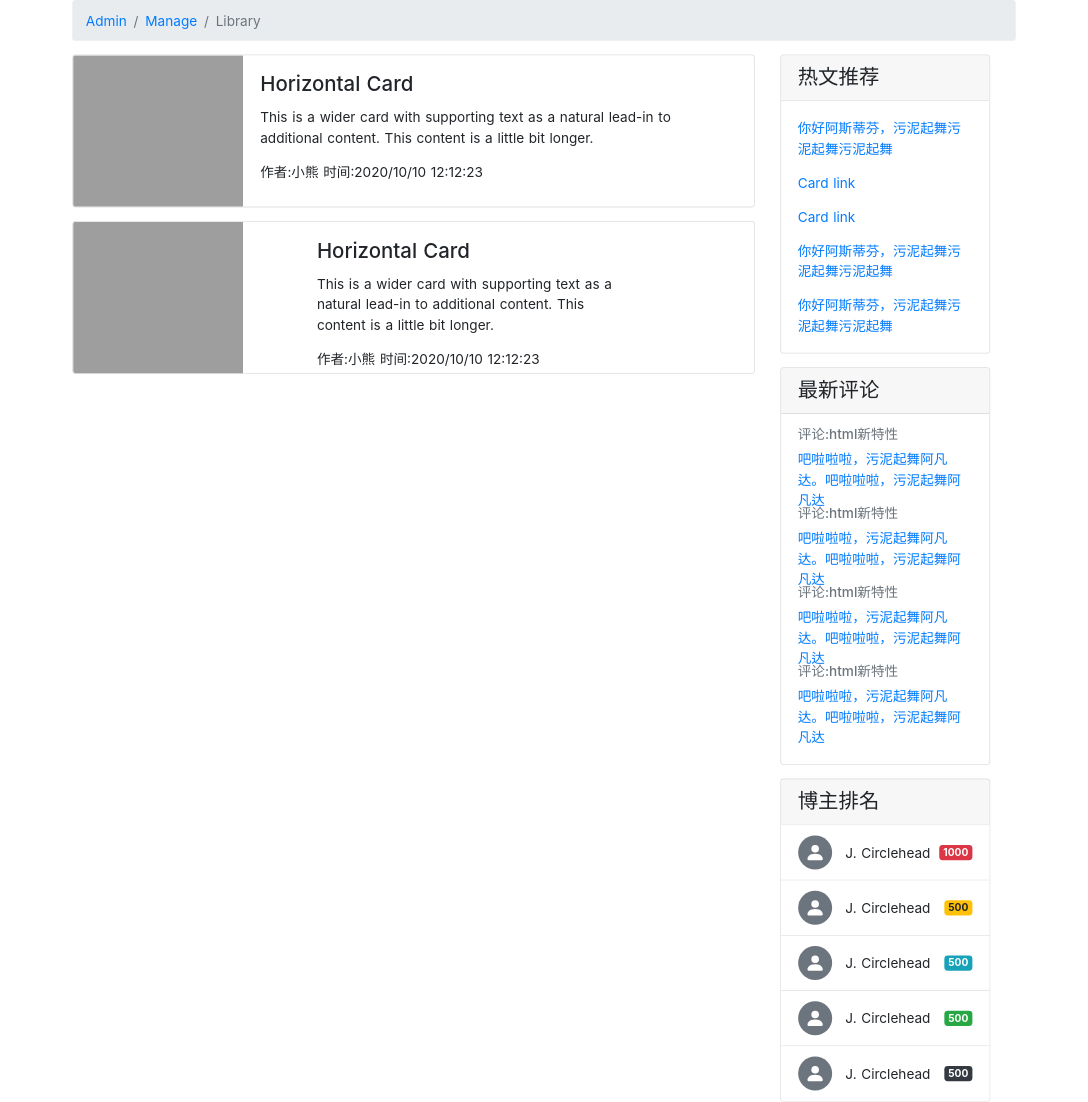
Repository: MTTTM/nuxt-xiaomatata
Page: /
These files come from the project's save history. The page is drawn as it stood at one moment and after the next save; the edit follows.
The browser window is 1280 px wide. The pictures show the part of the page from y = 600 to 1896 px (the page is 1896 px tall), at 85% of full size.
Pictures or frames that could not be fetched are drawn as grey boxes. The project was rebuilt for these pictures with package versions that can differ from the ones it lists, and the page was loaded fresh each time. The framework's server and built-in components were replaced by stand-ins that run in the browser. Also part of the build but not shown: nuxt.config.js, components/Logo.vue, components/aboutMe.vue, components/articleListItem.vue, components/bloggerRanking.vue, components/carouselBox.vue, components/classifyList.vue, components/commentBox.vue and 7 more. Imported but missing from the stored project, and not drawn on this page: components/cmSpinner, mixins/scrollLoad.

Above is the page before, as saved 2021-04-10 12:30:31.

### assets/style/comm.scss
body{
  .container{
    min-height: auto;
    justify-content: start;
    text-align: left;
  }
  .card-list-item{
    height: 180px;
    &+  .card-list-item{
      margin-top:1rem;
    }
    .cart-list-item-img{
      width: 200px;
      height: 100%;
      object-fit: cover;
      object-position: center top;
    }
  }
}

### components/breadCrumb.vue
<template>
  <b-breadcrumb :items="items"></b-breadcrumb>
</template>

<script>
export default {
  data() {
    return {
      items: [
        {
          text: "Admin",
          href: "#",
        },
        {
          text: "Manage",
          href: "#",
        },
        {
          text: "Library",
          active: true,
        },
      ],
    };
  },
};
</script>

### components/navBar.vue
<template>
  <div class="nav-bar">
    <b-navbar toggleable="lg" type="dark" variant="info" fixed="top">
      <b-navbar-brand href="#"> 塔塔 </b-navbar-brand>

      <b-navbar-toggle target="nav-collapse" />

      <b-collapse id="nav-collapse" is-nav>
        <b-navbar-nav>
          <b-nav-item href="#"> Link </b-nav-item>
          <b-nav-item href="#" disabled> Disabled </b-nav-item>
          <b-nav-item-dropdown text="Lang" right>
            <b-dropdown-item href="#"> EN </b-dropdown-item>
            <b-dropdown-item href="#"> ES </b-dropdown-item>
            <b-dropdown-item href="#"> RU </b-dropdown-item>
            <b-dropdown-item href="#"> FA </b-dropdown-item>
          </b-nav-item-dropdown>
        </b-navbar-nav>

        <!-- Right aligned nav items -->
        <b-navbar-nav class="ml-auto">
          <b-nav-form>
            <b-form-input size="sm" class="mr-sm-2" placeholder="Search" />

            <b-button size="sm" class="my-2 my-sm-0" type="submit">
              Search
            </b-button>
          </b-nav-form>

          <b-nav-item-dropdown right>
            <!-- Using 'button-content' slot -->
            <template #button-content>
              <b-avatar
                variant="info"
                src="https://placekitten.com/300/300"
              ></b-avatar>
              <em>User</em>
            </template>

            <b-dropdown-item href="#"> Profile </b-dropdown-item>
            <b-dropdown-item href="#"> Sign Out </b-dropdown-item>
          </b-nav-item-dropdown>
        </b-navbar-nav>
      </b-collapse>
    </b-navbar>
  </div>
</template>
<script>
export default {};
</script>
<style lang="scss">
* {
  margin: 0;
  padding: 0;
}
</style>

### layouts/default.vue
<template>
  <div>
    <navBar />
    <Nuxt />
  </div>
</template>
<script>
import navBar from "../components/navBar";
export default {
  components: { navBar }
};
</script>
<style>
html {
  font-size: 16px;
  word-spacing: 1px;
  -ms-text-size-adjust: 100%;
  -webkit-text-size-adjust: 100%;
  -moz-osx-font-smoothing: grayscale;
  -webkit-font-smoothing: antialiased;
  box-sizing: border-box;
}
</style>

### pages/index.vue
<template>
  <div>
    <b-carousel
      id="carousel-1"
      v-model="slide"
      :interval="4000"
      controls
      indicators
      background="#ababab"
      img-width="1024"
      img-height="480"
      style="text-shadow: 1px 1px 2px #333"
      @sliding-start="onSlideStart"
      @sliding-end="onSlideEnd"
    >
      <!-- Text slides with image -->
      <b-carousel-slide
        caption="First slide"
        text="Nulla vitae elit libero, a pharetra augue mollis interdum."
        img-src="https://picsum.photos/1024/480/?image=52"
      ></b-carousel-slide>

      <!-- Slides with custom text -->
      <b-carousel-slide img-src="https://picsum.photos/1024/480/?image=54">
        <h1>Hello world!</h1>
      </b-carousel-slide>

      <!-- Slides with image only -->
      <b-carousel-slide
        img-src="https://picsum.photos/1024/480/?image=58"
      ></b-carousel-slide>

      <!-- Slides with img slot -->
      <!-- Note the classes .d-block and .img-fluid to prevent browser default image alignment -->
      <b-carousel-slide>
        <template #img>
          <img
            class="d-block img-fluid w-100"
            width="1024"
            height="480"
            src="https://picsum.photos/1024/480/?image=55"
            alt="image slot"
          />
        </template>
      </b-carousel-slide>

      <!-- Slide with blank fluid image to maintain slide aspect ratio -->
      <b-carousel-slide caption="Blank Image" img-blank img-alt="Blank image">
        <p>
          Lorem ipsum dolor sit amet, consectetur adipiscing elit. Suspendisse
          eros felis, tincidunt a tincidunt eget, convallis vel est. Ut
          pellentesque ut lacus vel interdum.
        </p>
      </b-carousel-slide>
    </b-carousel>

    <b-container>
      <breadCrumb class="w-100" />
    </b-container>
    <b-container>
      <b-row class="w-100">
        <b-col cols="9" md="9" sm="12">
          <b-card no-body class="overflow-hidden card-list-item">
            <b-row no-gutters>
              <b-col md="3">
                <b-card-img
                  src="https://picsum.photos/400/400/?image=20"
                  alt="Image"
                  class="rounded-0 cart-list-item-img"
                ></b-card-img>
              </b-col>
              <b-col md="9">
                <b-card-body title="Horizontal Card">
                  <b-card-text>
                    This is a wider card with supporting text as a natural
                    lead-in to additional content. This content is a little bit
                    longer.
                  </b-card-text>
                  <b-card-text>作者:小熊 时间:2020/10/10 12:12:23</b-card-text>
                </b-card-body>
              </b-col>
            </b-row>
          </b-card>
          <b-card no-body class="overflow-hidden card-list-item">
            <b-row no-gutters>
              <b-col md="4">
                <b-card-img
                  src="https://picsum.photos/400/400/?image=20"
                  alt="Image"
                  class="rounded-0 cart-list-item-img"
                ></b-card-img>
              </b-col>
              <b-col md="6">
                <b-card-body title="Horizontal Card">
                  <b-card-text>
                    This is a wider card with supporting text as a natural
                    lead-in to additional content. This content is a little bit
                    longer.
                  </b-card-text>
                  <b-card-text>作者:小熊 时间:2020/10/10 12:12:23</b-card-text>
                </b-card-body>
              </b-col>
            </b-row>
          </b-card>
        </b-col>
        <b-col cols="3" md="3" sm="12">
          <b-card no-body style="max-width: 20rem">
            <template #header>
              <h4 class="mb-0">热文推荐</h4>
            </template>

            <b-card-body>
              <b-card-text>
                <a href="#" class="card-link"
                  >你好阿斯蒂芬，污泥起舞污泥起舞污泥起舞</a
                >
              </b-card-text>
              <b-card-text>
                <a href="#" class="card-link">Card link</a>
              </b-card-text>
              <b-card-text>
                <a href="#" class="card-link">Card link</a>
              </b-card-text>
              <b-card-text>
                <a href="#" class="card-link"
                  >你好阿斯蒂芬，污泥起舞污泥起舞污泥起舞</a
                >
              </b-card-text>
              <b-card-text>
                <a href="#" class="card-link"
                  >你好阿斯蒂芬，污泥起舞污泥起舞污泥起舞</a
                >
              </b-card-text>
            </b-card-body>
          </b-card>

          <b-card no-body style="margin-top: 1rem">
            <template #header>
              <h4 class="mb-0">最新评论</h4>
            </template>

            <b-card-body>
              <a href="#">
                <b-card-sub-title class="mb-2"
                  >评论:html新特性</b-card-sub-title
                >
                <b-card-text>
                  吧啦啦啦，污泥起舞阿凡达。吧啦啦啦，污泥起舞阿凡达
                </b-card-text>
              </a>
              <a href="#">
                <b-card-sub-title class="mb-2"
                  >评论:html新特性</b-card-sub-title
                >
                <b-card-text>
                  吧啦啦啦，污泥起舞阿凡达。吧啦啦啦，污泥起舞阿凡达
                </b-card-text>
              </a>
              <a href="#">
                <b-card-sub-title class="mb-2"
                  >评论:html新特性</b-card-sub-title
                >
                <b-card-text>
                  吧啦啦啦，污泥起舞阿凡达。吧啦啦啦，污泥起舞阿凡达
                </b-card-text>
              </a>
              <a href="#">
                <b-card-sub-title class="mb-2"
                  >评论:html新特性</b-card-sub-title
                >
                <b-card-text>
                  吧啦啦啦，污泥起舞阿凡达。吧啦啦啦，污泥起舞阿凡达
                </b-card-text>
              </a>
            </b-card-body>
          </b-card>
          <b-card no-body style="margin-top: 1rem">
            <template #header>
              <h4 class="mb-0">博主排名</h4>
            </template>
            <b-list-group flush>
              <b-list-group-item class="d-flex align-items-center">
                <b-avatar class="mr-3"></b-avatar>
                <span class="mr-auto">J. Circlehead</span>
                <b-badge variant="danger">1000</b-badge>
              </b-list-group-item>
              <b-list-group-item class="d-flex align-items-center">
                <b-avatar class="mr-3"></b-avatar>
                <span class="mr-auto">J. Circlehead</span>
                <b-badge variant="warning">500</b-badge>
              </b-list-group-item>
              <b-list-group-item class="d-flex align-items-center">
                <b-avatar class="mr-3"></b-avatar>
                <span class="mr-auto">J. Circlehead</span>
                <b-badge variant="info">500</b-badge>
              </b-list-group-item>
              <b-list-group-item class="d-flex align-items-center">
                <b-avatar class="mr-3"></b-avatar>
                <span class="mr-auto">J. Circlehead</span>
                <b-badge variant="success">500</b-badge>
              </b-list-group-item>
              <b-list-group-item class="d-flex align-items-center">
                <b-avatar class="mr-3"></b-avatar>
                <span class="mr-auto">J. Circlehead</span>
                <b-badge variant="dark">500</b-badge>
              </b-list-group-item>
            </b-list-group>
          </b-card>
        </b-col>
      </b-row>
    </b-container>
  </div>
</template>
<script>
import breadCrumb from "../components/breadCrumb";
export default {
  components: { breadCrumb },
};
</script>
<style>
.container {
  margin: 0 auto;
  min-height: 100vh;
  display: flex;
  justify-content: center;
  align-items: center;
  text-align: center;
}

.title {
  display: block;
  font-weight: 300;
  font-size: 100px;
  color: #35495e;
  letter-spacing: 1px;
}

.subtitle {
  font-weight: 300;
  font-size: 42px;
  color: #526488;
  word-spacing: 5px;
  padding-bottom: 15px;
}

.links {
  padding-top: 15px;
}
</style>

Loaded but not shown: store/system.js (no copy from this time; the picture is the same without it)

After the next save:
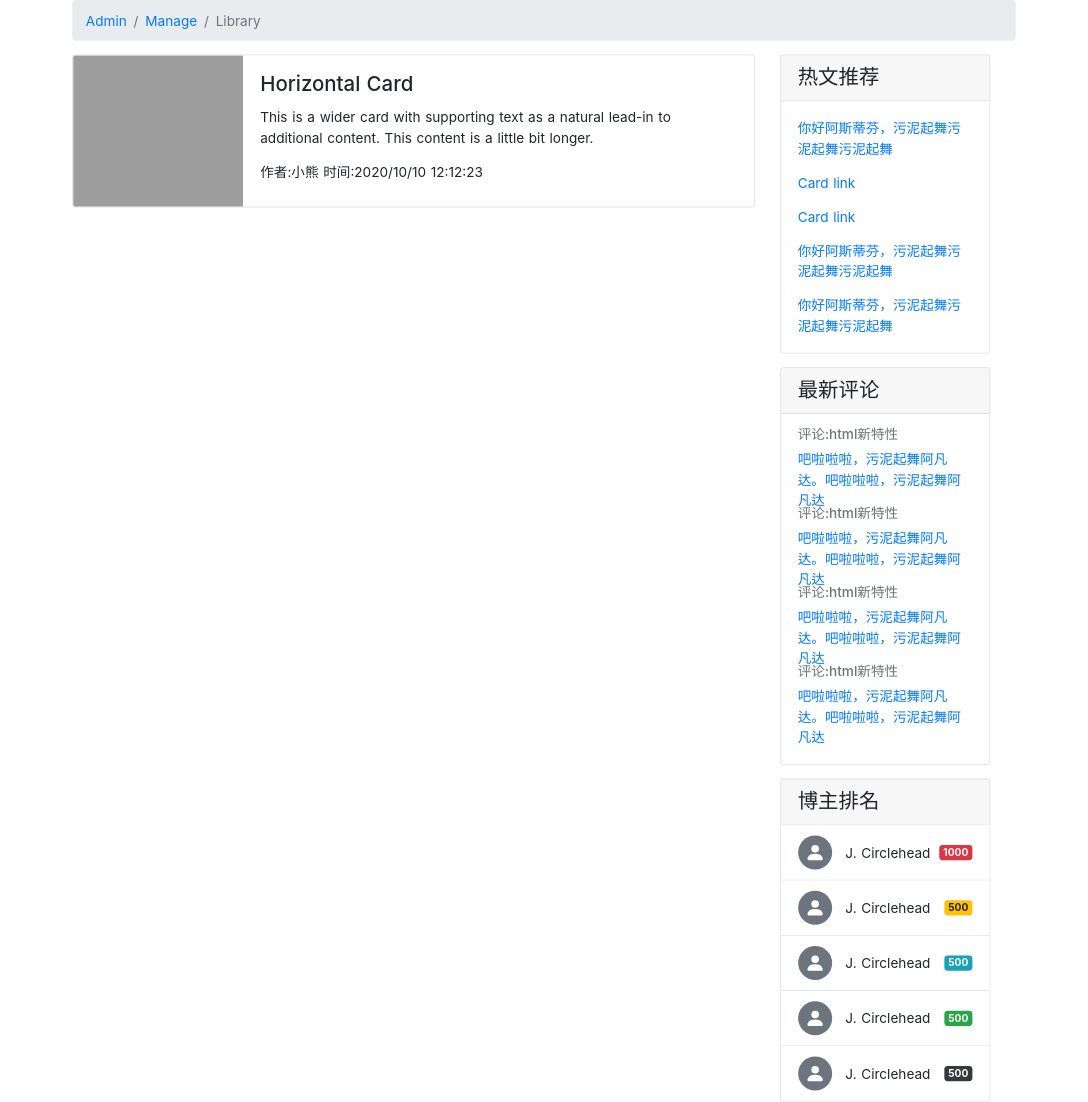
Saved 14 s later.
--- a/pages/index.vue
+++ b/pages/index.vue
@@ -81,27 +81,6 @@
               </b-col>
             </b-row>
           </b-card>
-          <b-card no-body class="overflow-hidden card-list-item">
-            <b-row no-gutters>
-              <b-col md="4">
-                <b-card-img
-                  src="https://picsum.photos/400/400/?image=20"
-                  alt="Image"
-                  class="rounded-0 cart-list-item-img"
-                ></b-card-img>
-              </b-col>
-              <b-col md="6">
-                <b-card-body title="Horizontal Card">
-                  <b-card-text>
-                    This is a wider card with supporting text as a natural
-                    lead-in to additional content. This content is a little bit
-                    longer.
-                  </b-card-text>
-                  <b-card-text>作者:小熊 时间:2020/10/10 12:12:23</b-card-text>
-                </b-card-body>
-              </b-col>
-            </b-row>
-          </b-card>
         </b-col>
         <b-col cols="3" md="3" sm="12">
           <b-card no-body style="max-width: 20rem">
